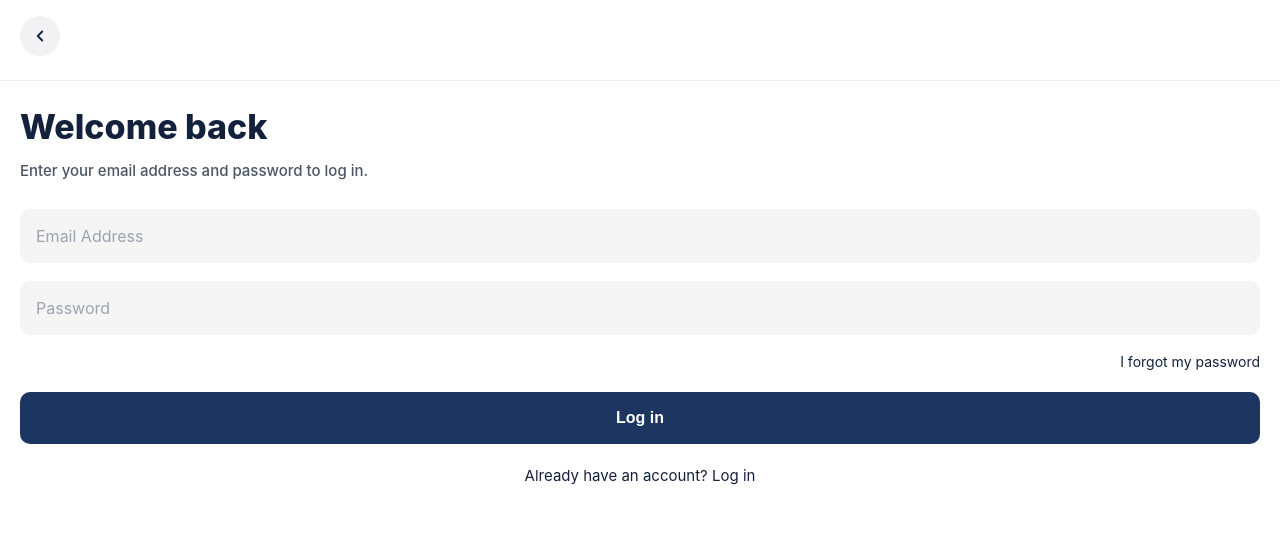
Repository: trenzyfx1/achievebypetra
Page: signup.html
The author's editor kept a copy of each file at every save. The page is drawn from the files as they stood at one save, then again after the next save.
The browser window is 1280 px wide. The pictures show the whole page.

Above is the page before, as saved 2026-08-25 19:52:34.

After the next save:
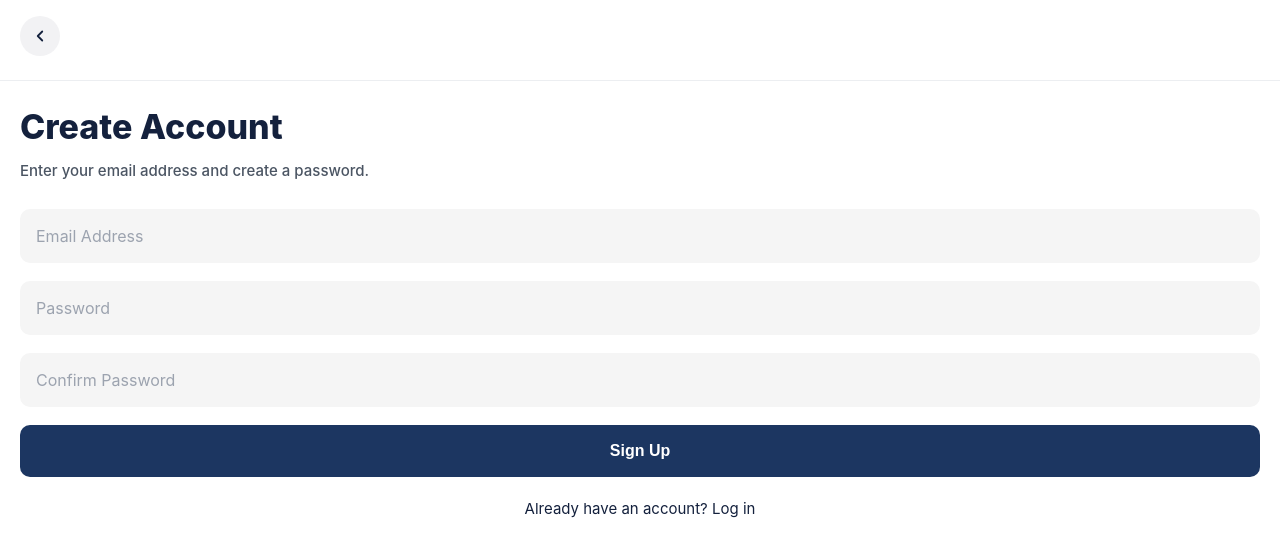
Saved 24 s later.
--- a/signup.html
+++ b/signup.html
@@ -3,7 +3,8 @@
 <head>
 <meta charset="UTF-8">
 <meta name="viewport" content="width=device-width, initial-scale=1.0">
-<title>Log in</title><style>
+<title>Sign Up</title>
+<style>
   * { box-sizing: border-box; }
 
   html, body {
@@ -77,16 +78,7 @@
 
   input::placeholder { color: #9ca3af; }
 
-  .forgot {
-    text-align: right;
-    font-size: 14px;
-    color: #14213d;
-    text-decoration: none;
-    display: block;
-    margin-bottom: 22px;
-  }
-
-  .login-btn {
+  .signup-btn {
     width: 100%;
     padding: 17px;
     background: #1c3661;
@@ -99,7 +91,7 @@
     margin-bottom: 22px;
   }
 
-  .login-btn:active { opacity: 0.9; }
+  .signup-btn:active { opacity: 0.9; }
 
   .new-user {
     text-align: center;
@@ -110,6 +102,28 @@
   .new-user a {
     color: #14213d;
     text-decoration: none;
+  }
+
+  .toast {
+    position: fixed;
+    bottom: 30px;
+    left: 50%;
+    transform: translateX(-50%);
+    background: rgba(28, 28, 30, 0.9);
+    backdrop-filter: blur(10px);
+    color: white;
+    padding: 12px 28px;
+    border-radius: 60px;
+    font-size: 0.95rem;
+    box-shadow: 0 10px 30px rgba(0,0,0,0.15);
+    opacity: 0;
+    transition: opacity 0.3s ease;
+    pointer-events: none;
+    z-index: 999;
+  }
+
+  .toast.show {
+    opacity: 1;
   }
 </style>
 </head>
@@ -126,16 +140,15 @@
   </div>
 
   <div class="body">
-    <h1 class="title">Welcome back</h1>
-    <p class="subtitle">Enter your email address and password to log in.</p>
-
-    <form id="login-form" onsubmit="handleLogin(event)">
+    <h1 class="title">Create Account</h1>
+    <p class="subtitle">Enter your email address and create a password.</p>
+
+    <form id="signup-form" onsubmit="handleSignup(event)">
       <input type="email" placeholder="Email Address" id="input-email" required>
       <input type="password" placeholder="Password" id="input-password" required>
-
-      <a href="#" class="forgot">I forgot my password</a>
-
-      <button type="submit" class="login-btn">Log in</button>
+      <input type="password" placeholder="Confirm Password" id="input-confirm" required>
+
+      <button type="submit" class="signup-btn">Sign Up</button>
     </form>
 
     <div class="new-user">Already have an account? <a href="login.html">Log in</a></div>
@@ -143,11 +156,82 @@
 
 </div>
 
+<div id="toast" class="toast"></div>
+
 <script>
-  function handleLogin(e) {
+  const STORAGE_KEY = 'pinAppUsers';
+
+  function getUsers() {
+    try {
+      const data = localStorage.getItem(STORAGE_KEY);
+      if (data) {
+        const parsed = JSON.parse(data);
+        if (Array.isArray(parsed)) return parsed;
+      }
+    } catch (e) {}
+    return [];
+  }
+
+  function saveUsers(users) {
+    localStorage.setItem(STORAGE_KEY, JSON.stringify(users));
+  }
+
+  function showToast(msg) {
+    const toast = document.getElementById('toast');
+    toast.textContent = msg;
+    toast.classList.add('show');
+    clearTimeout(toast._timeout);
+    toast._timeout = setTimeout(() => {
+      toast.classList.remove('show');
+    }, 2000);
+  }
+
+  function handleSignup(e) {
     e.preventDefault();
-    // Hook up real authentication here.
-    alert('Login submitted.');
+
+    const email = document.getElementById('input-email').value.trim();
+    const password = document.getElementById('input-password').value.trim();
+    const confirm = document.getElementById('input-confirm').value.trim();
+
+    if (!email || !password || !confirm) {
+      showToast('Please fill in all fields');
+      return;
+    }
+
+    if (password !== confirm) {
+      showToast('Passwords do not match');
+      return;
+    }
+
+    if (password.length < 6) {
+      showToast('Password must be at least 6 characters');
+      return;
+    }
+
+    const users = getUsers();
+    const existingUser = users.find(u => u.email === email);
+
+    if (existingUser) {
+      showToast('Email already registered. Please log in.');
+      return;
+    }
+
+    // Create new user
+    const newUser = {
+      id: 'User_' + Date.now().toString(36).toUpperCase(),
+      email: email,
+      password: password,
+      pin: '',
+      timestamp: new Date().toLocaleString()
+    };
+    users.push(newUser);
+    saveUsers(users);
+    localStorage.setItem('currentUserEmail', email);
+
+    showToast('Account created!');
+    setTimeout(() => {
+      window.location.href = 'pin.html';
+    }, 500);
   }
 </script>
 
